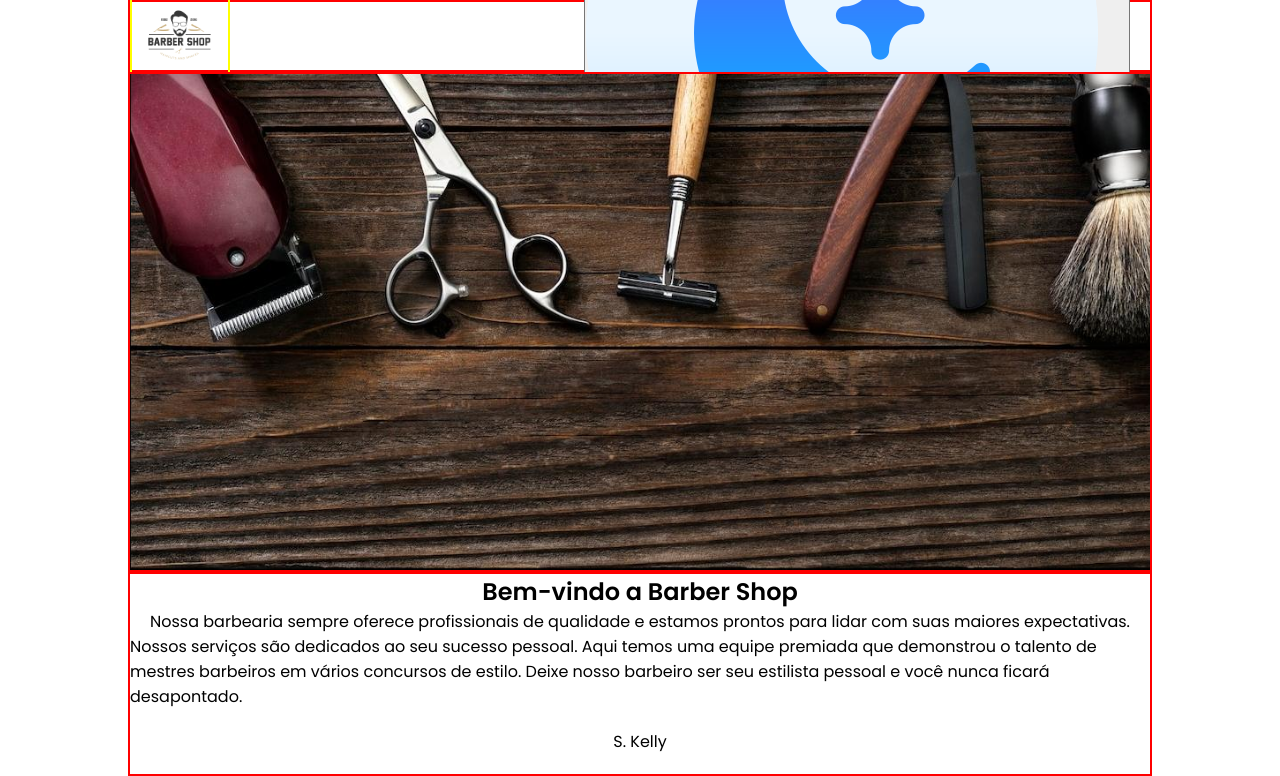
Repository: Daniells642/LandingPage-React
Page: /
The author's editor kept a copy of each file at every save. The page is drawn from the files as they stood at one save, then again after the next save.
The browser window is 1280 px wide. The pictures show the whole page.
The project was rebuilt for these pictures with package versions that can differ from the ones it lists, and the page was loaded fresh each time.

Above is the page before, as saved 2022-11-04 21:46:14.

After the next save:
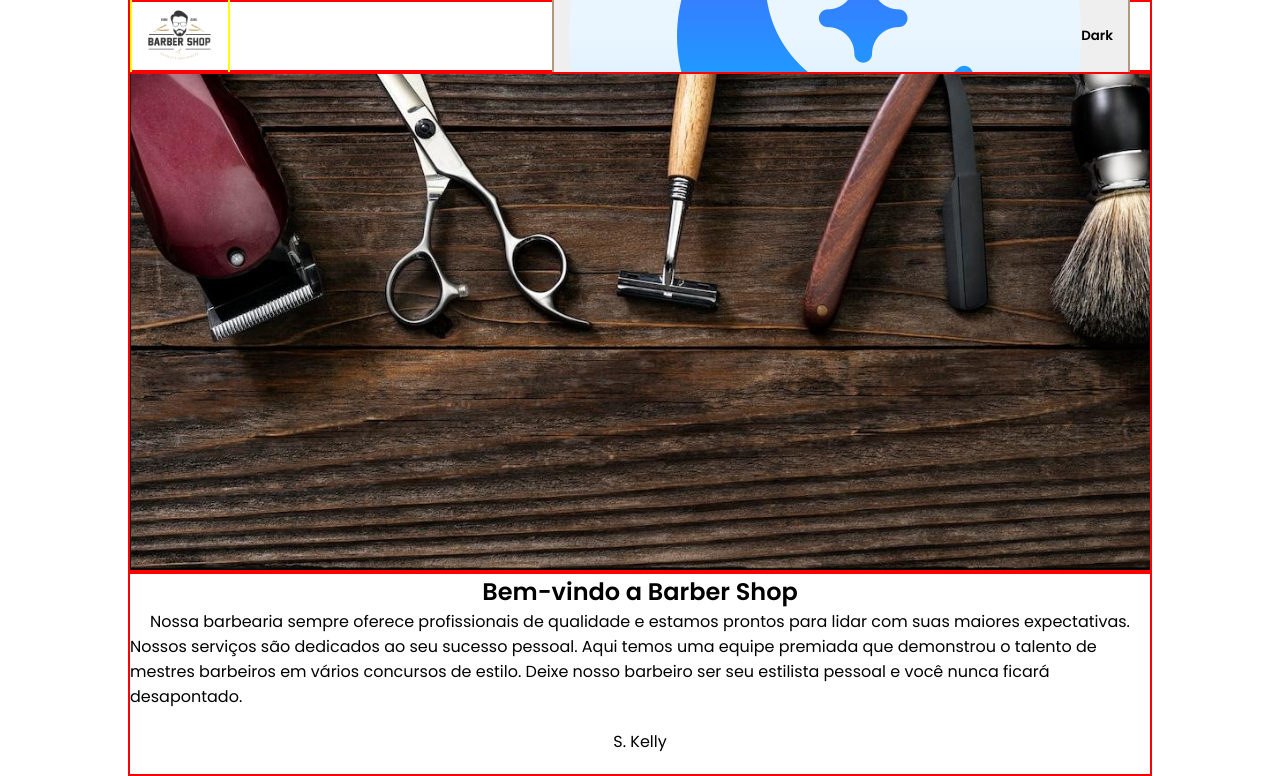
Saved 100 s later.
--- a/src/LandingPage/style.css
+++ b/src/LandingPage/style.css
@@ -22,9 +22,16 @@
     border: yellow solid 2px;
 }
 
-.logo img {
-    height: 100px;
-}
+header button {
+    display: flex;
+    align-items: center;
+    border: 2px solid #B2987D;
+    font-weight: 600;
+    border-radius: 25px;
+    padding: 10px 15px;
+    cursor: pointer;
+  }
+
 .botao {
     display: flex;
     justify-content: center;
